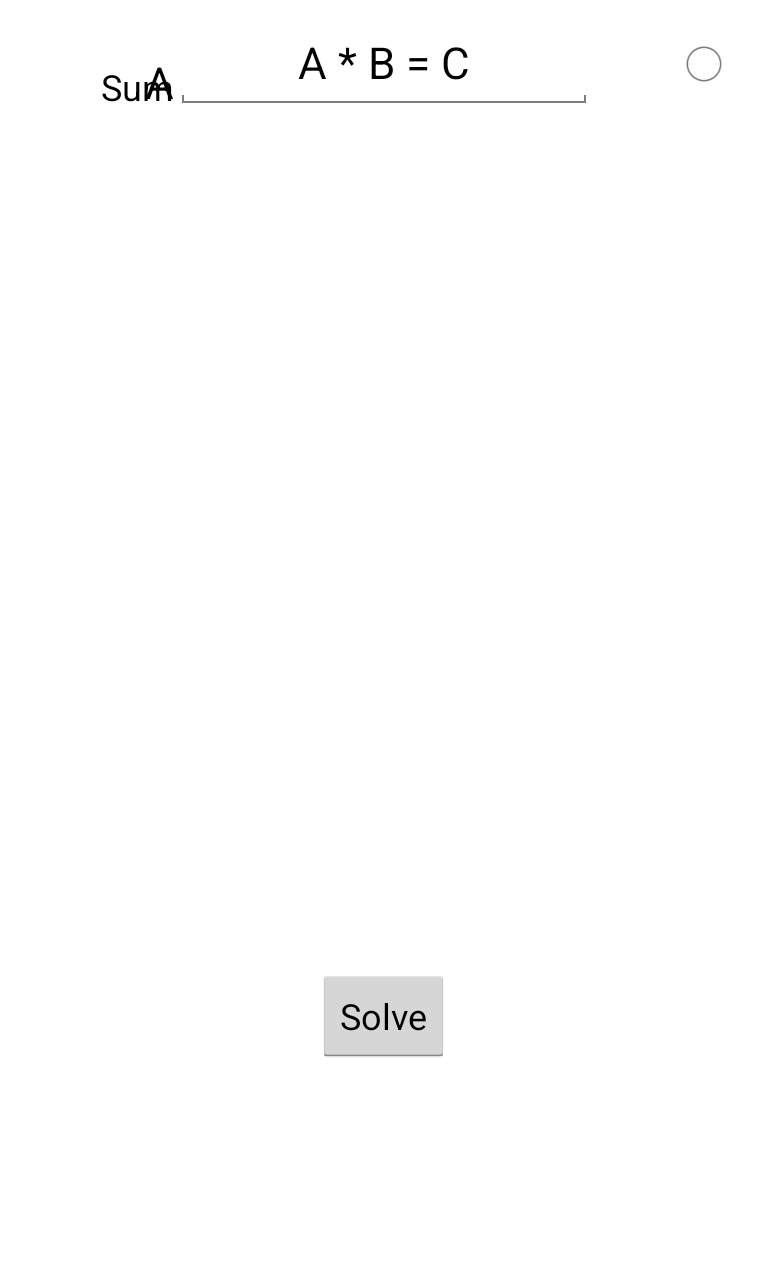
Repository: dtri123/Equation-Station
Layout: TheEquationStation/res/layout/multiplication_page.xml
These files come from the project's save history. The layout is drawn as it stood at one moment and after the next save; the edit follows.
It is drawn on a 768 x 1280 px phone screen (xhdpi) without system bars, with theme AppTheme; the app's code is not run.

Above is the layout before, as saved 2013-07-18 17:53:58.

After the next save:
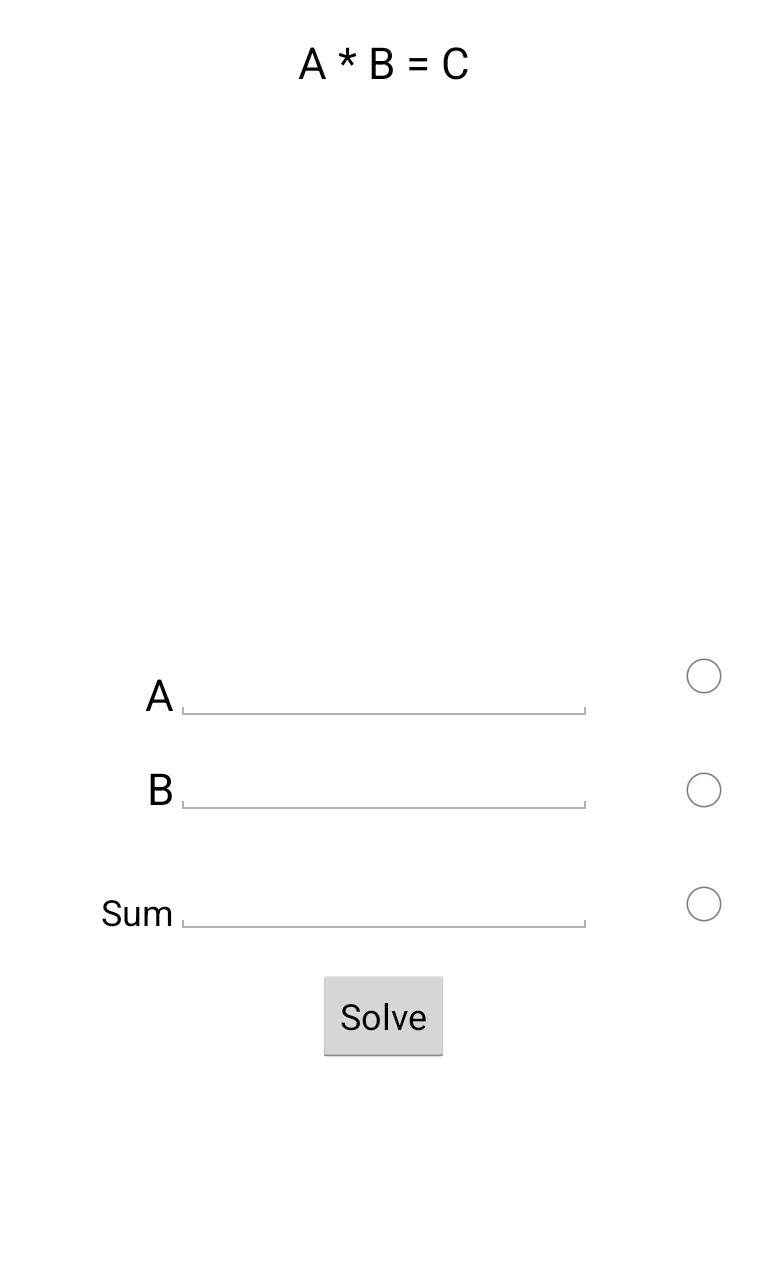
Saved 22 s later.
--- a/TheEquationStation/res/layout/multiplication_page.xml
+++ b/TheEquationStation/res/layout/multiplication_page.xml
@@ -30,7 +30,7 @@
         android:id="@+id/editText_MultProduct"
         android:layout_width="wrap_content"
         android:layout_height="wrap_content"
-        android:layout_above="@+id/add_button"
+        android:layout_above="@+id/multiply_button"
         android:layout_marginBottom="16dp"
         android:layout_centerHorizontal="true"
         android:ems="10"
